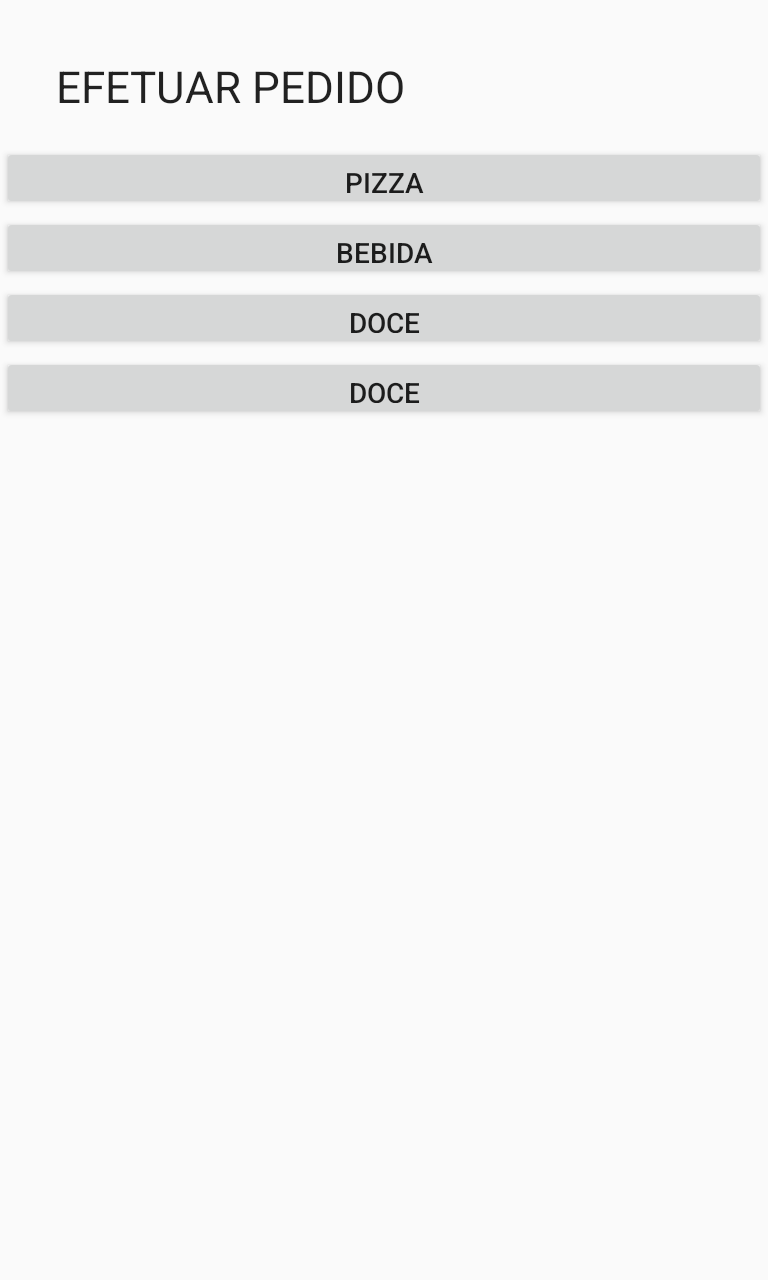
Repository: LucasSampaio/SysPizza-PSI
Layout: CodigoFonte/MOBILE/SysPizza/res/layout/activity_efetuar_pedido.xml
The author's editor kept a copy of each file at every save. The layout is drawn from the files as they stood at one save, then again after the next save.
It is drawn on a 768 x 1280 px phone screen (xhdpi) without system bars, with theme AppTheme; the app's code is not run.

Above is the layout before, as saved 2014-09-25 13:05:42.

### CodigoFonte/MOBILE/SysPizza/res/layout/activity_efetuar_pedido.xml
<?xml version="1.0" encoding="utf-8"?>
<RelativeLayout xmlns:android="http://schemas.android.com/apk/res/android"
    android:layout_width="match_parent"
    android:layout_height="match_parent"
    android:orientation="vertical" >

    <TextView
        android:id="@+id/textView1"
        android:layout_width="wrap_content"
        android:layout_height="wrap_content"
        android:layout_alignParentLeft="true"
        android:layout_alignParentTop="true"
        android:layout_marginLeft="28dp"
        android:layout_marginTop="28dp"
        android:text="EFETUAR PEDIDO"
        android:textAppearance="?android:attr/textAppearanceLarge" />

    <Button
        android:id="@+id/button1"
        android:layout_width="fill_parent"
        android:layout_height="35dp"
        android:layout_below="@+id/textView1"
        android:layout_centerHorizontal="true"
        android:layout_marginTop="14dp"
        android:text="Pizza" />

    <Button
        android:id="@+id/Button01"
        android:layout_width="fill_parent"
        android:layout_height="35dp"
        android:layout_alignParentLeft="true"
        android:layout_below="@+id/button2"
        android:text="Doce" />

    <Button
        android:id="@+id/button2"
        android:layout_width="fill_parent"
        android:layout_height="35dp"
        android:layout_alignParentLeft="true"
        android:layout_below="@+id/button1"
        android:text="Bebida" />

    <Button
        android:id="@+id/Button02"
        android:layout_width="fill_parent"
        android:layout_height="35dp"
        android:layout_alignParentLeft="true"
        android:layout_below="@+id/Button01"
        android:text="Doce" />

</RelativeLayout>

Loaded but not shown: CodigoFonte/MOBILE/SysPizza/res/values/styles.xml (common file); CodigoFonte/MOBILE/SysPizza/res/values-v11/styles.xml (common file); CodigoFonte/MOBILE/SysPizza/res/values-v14/styles.xml (common file)

After the next save:
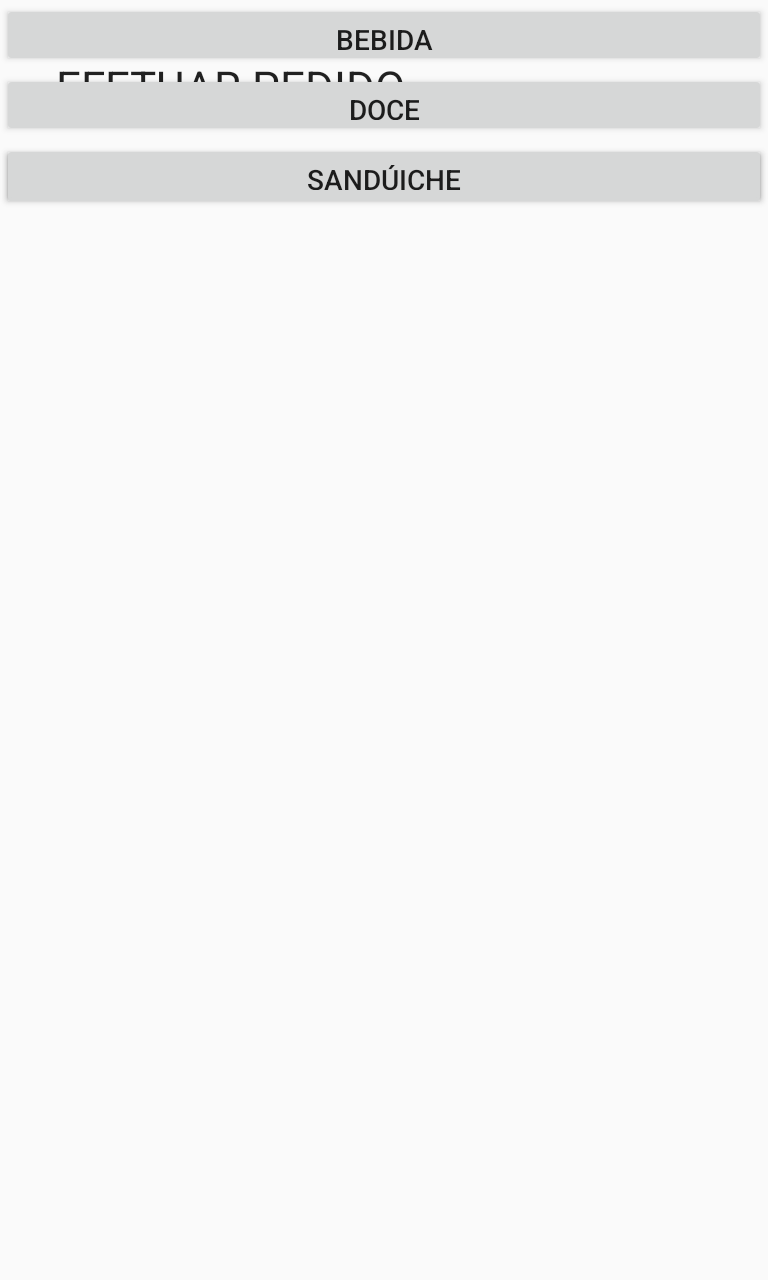
Saved 18 s later.
--- a/CodigoFonte/MOBILE/SysPizza/res/layout/activity_efetuar_pedido.xml
+++ b/CodigoFonte/MOBILE/SysPizza/res/layout/activity_efetuar_pedido.xml
@@ -16,7 +16,7 @@
         android:textAppearance="?android:attr/textAppearanceLarge" />
 
     <Button
-        android:id="@+id/button1"
+        android:id="@+id/btPizzaEfetuarPedido"
         android:layout_width="fill_parent"
         android:layout_height="35dp"
         android:layout_below="@+id/textView1"
@@ -46,6 +46,6 @@
         android:layout_height="35dp"
         android:layout_alignParentLeft="true"
         android:layout_below="@+id/Button01"
-        android:text="Doce" />
+        android:text="Sandúiche" />
 
 </RelativeLayout>
